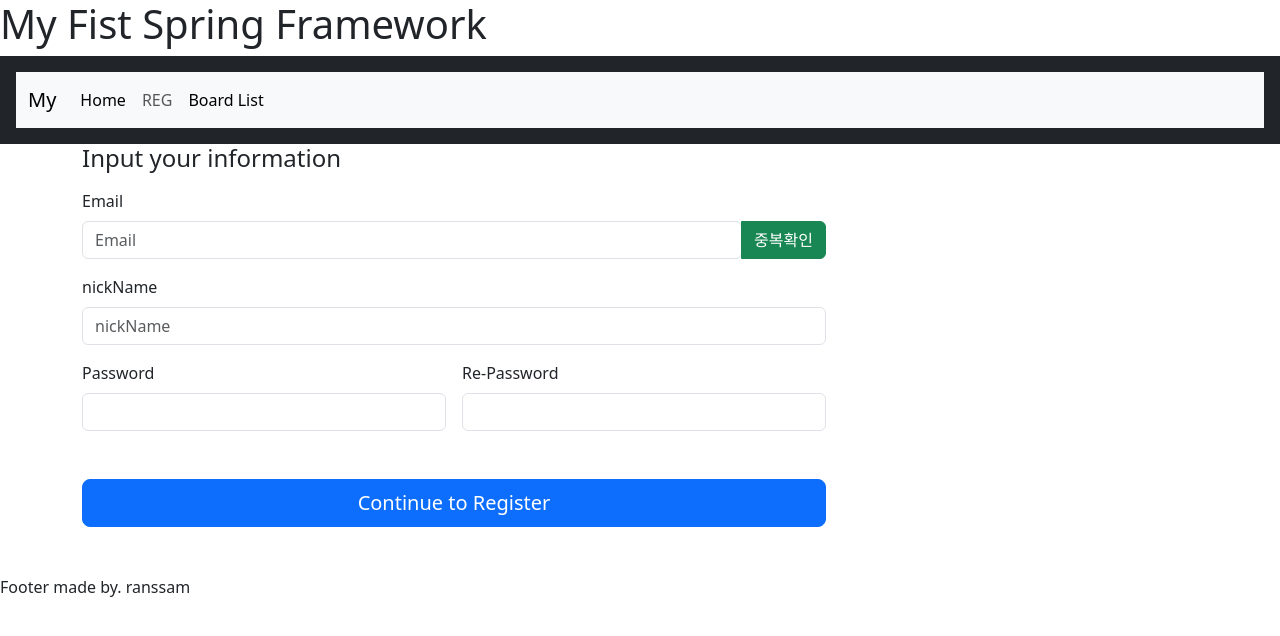
Repository: dhalfks/springSecurityTest
Page: http://localhost/springTest/WEB-INF/views/member/register.jsp
These files come from the project's save history. The page is drawn as it stood at one moment and after the next save; the edit follows.
The browser window is 1280 px wide. The pictures show the whole page.
The page is served by Tomcat 9. Nobody is signed in. Other server files are loaded and not shown. The template is opened directly, without the code that normally fills it, so the values that code supplies are empty.

Above is the page before, as saved 2023-09-30 06:46:45.
Console error: TypeError: Cannot read properties of null (reading 'addEventListener')

### _spring_workspace/springTest/src/main/webapp/WEB-INF/views/member/register.jsp
<%@ page language="java" contentType="text/html; charset=UTF-8"
    pageEncoding="UTF-8"%>
<%@ taglib prefix="c" uri="http://java.sun.com/jsp/jstl/core"%>
<jsp:include page="../common/header.jsp" />
<jsp:include page="../common/nav.jsp" />

<div class="container">
  <main>
	<!-- 회원등록란 시작 -->
      <div class="col-md-7 col-lg-8">
        <h4 class="mb-3">Input your information</h4>
        <form action="/member/register" method="post">
          <div class="row g-3">

            <div class="col-12">
              <label for="email" class="form-label">Email</label>
              <div class="input-group has-validation">
                <input type="email" class="form-control" name="email"
                id="email" placeholder="Email" required>
                <button type="button" class="btn btn-success"
                id="dupleCheck">중복확인</button>
              </div>
            </div>

            <div class="col-12">
              <label for="nickName" class="form-label">nickName</label>
              <input type="text" class="form-control" name="nickName"
               id="nickName" placeholder="nickName">
            </div>

            <div class="col-sm-6">
              <label for="pwd" class="form-label">Password</label>
              <input type="password" class="form-control" name="pwd"
               id="pwd" placeholder="" value="" required>
            </div>

            <div class="col-sm-6">
              <label for="rpwd" class="form-label">Re-Password</label>
              <input type="password" class="form-control"
              id="rpwd" placeholder="" value="" required>
            </div>
           </div>
          <button class="w-100 btn btn-primary btn-lg my-5" type="submit">Continue to Register</button>
        </form>
      </div>
 </main>
</div>
<!-- <script src="/resources/js/member.register.js"></script>
//아이디 중복체크, 비밀번호 확인 포함  -->
<jsp:include page="../common/footer.jsp" />

### _spring_workspace/springTest/src/main/webapp/WEB-INF/views/common/header.jsp
<%@ page language="java" contentType="text/html; charset=UTF-8"
    pageEncoding="UTF-8"%>
    <%@ taglib prefix="c" uri="http://java.sun.com/jsp/jstl/core" %>
<!DOCTYPE html>
<html>
<head>
<meta charset="UTF-8">
<title>Insert title here</title>
<link href="https://cdn.jsdelivr.net/npm/bootstrap@5.3.1/dist/css/bootstrap.min.css" rel="stylesheet" integrity="sha384-4bw+/aepP/YC94hEpVNVgiZdgIC5+VKNBQNGCHeKRQN+PtmoHDEXuppvnDJzQIu9" crossorigin="anonymous">
<script src="https://cdn.jsdelivr.net/npm/bootstrap@5.3.1/dist/js/bootstrap.bundle.min.js" integrity="sha384-HwwvtgBNo3bZJJLYd8oVXjrBZt8cqVSpeBNS5n7C8IVInixGAoxmnlMuBnhbgrkm" crossorigin="anonymous"></script>
</head>
<body>
	<h1>My Fist Spring Framework</h1>

### _spring_workspace/springTest/src/main/webapp/WEB-INF/views/common/nav.jsp
<%@ page language="java" contentType="text/html; charset=UTF-8"
    pageEncoding="UTF-8"%>
<%@ taglib prefix="c" uri="http://java.sun.com/jsp/jstl/core"%>
<%@ taglib prefix="sec" uri="http://www.springframework.org/security/tags" %>
<!-- <header>
<ul>
<a href="/"><li>Home</li></a>
<a href="/board/register"><li>Board REG</li></a>
<li>Board List</li>
<li>Log In</li>
<li>Log Out</li>
<li>Sign Up</li>

</ul>
</header> -->
<header class="p-3 bg-dark text-white">
<nav class="navbar navbar-expand-lg bg-body-tertiary">
  <div class="container-fluid">
    <a class="navbar-brand" href="#">My</a>
    <button class="navbar-toggler" type="button" data-bs-toggle="collapse" data-bs-target="#navbarSupportedContent" aria-controls="navbarSupportedContent" aria-expanded="false" aria-label="Toggle navigation">
      <span class="navbar-toggler-icon"></span>
    </button>
    <div class="collapse navbar-collapse" id="navbarSupportedContent">
      <ul class="navbar-nav me-auto mb-2 mb-lg-0">
        <li class="nav-item">
          <a class="nav-link active" aria-current="page" href="/">Home</a>
        </li>
        <li class="nav-item">
          <a class="nav-link" href="/board/register">REG</a>
        </li>
        <li class="nav-item">
          <a class="nav-link active" href="/board/list" >Board List</a>
        </li>

        <sec:authorize access="isAuthenticated()">
        <sec:authentication property="principal.mvo.email" var="authEmail"/>
        <sec:authentication property="principal.mvo.nickName" var="authNick"/>
        <sec:authentication property="principal.mvo.authList" var="auths"/>
        <c:choose>
        	<c:when test="${auths.stream().anyMatch(authVO -> authVO.auth.equals('ROLE_ADMIN')).get() }">
	        	<li class="nav-item">
	          		<a class="nav-link px-2 text-white" href="/member/list" >${authNick }(${authEmail })</a>
	        	</li>
        	</c:when>
        	<c:otherwise>
        		<li class="nav-item">
	          		<a class="nav-link px-2 text-whitee" href="/member/detail?email=${authEmail }" >${authNick }(${authEmail })</a>
	        	</li>
        	</c:otherwise>
        </c:choose>

        <li class="nav-item">
          <a class="nav-link px-2 text-white" id="logoutLink" href="" >Log Out</a>
        </li>
        <form action="/member/logout" method="post" id="logoutForm">
        	<input type="hidden" name="email" value="${authEmail }">
        </form>

        <li class="nav-item">
          <a class="nav-link active" href="#" >Log In</a>
        </li>
        <li class="nav-item">
          <a class="nav-link active" href="/board/list" >Sign Up</a>
        </li>
        </sec:authorize>
      </ul>

    </div>
  </div>
</nav>
</header>

<script type="text/javascript">
document.getElementById('logoutLink').addEventListener('click', (e) => {
	e.preventDefault();
	document.getElementById('logoutForm').submit();
});
</script>

### _spring_workspace/springTest/src/main/webapp/WEB-INF/views/common/footer.jsp
<%@ page language="java" contentType="text/html; charset=UTF-8"
    pageEncoding="UTF-8"%>

<div>
	<span>Footer made by. ranssam</span>
</div>
</body>
</html>

After the next save:
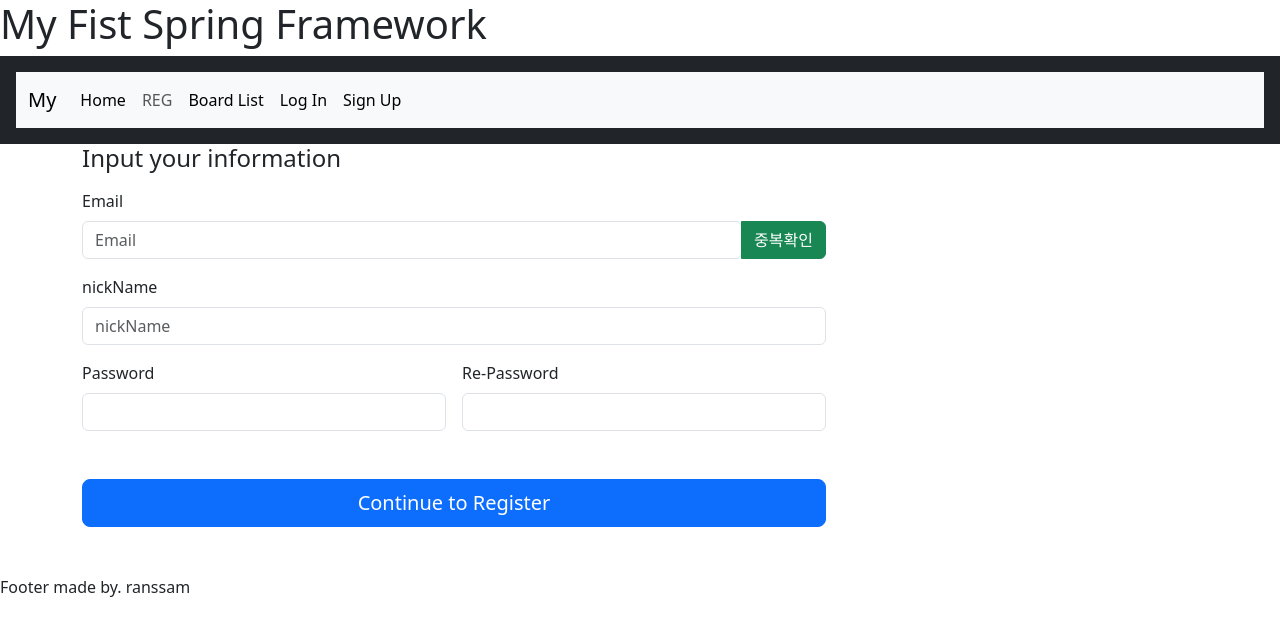
Saved 81 s later.
--- a/_spring_workspace/springTest/src/main/webapp/WEB-INF/views/common/nav.jsp
+++ b/_spring_workspace/springTest/src/main/webapp/WEB-INF/views/common/nav.jsp
@@ -55,16 +55,16 @@
         <form action="/member/logout" method="post" id="logoutForm">
         	<input type="hidden" name="email" value="${authEmail }">
         </form>
-
+        </sec:authorize>
+		<sec:authorize access="isAnonymous()">
         <li class="nav-item">
           <a class="nav-link active" href="#" >Log In</a>
         </li>
         <li class="nav-item">
           <a class="nav-link active" href="/board/list" >Sign Up</a>
         </li>
-        </sec:authorize>
       </ul>
-
+      </sec:authorize>
     </div>
   </div>
 </nav>

After the save that followed:
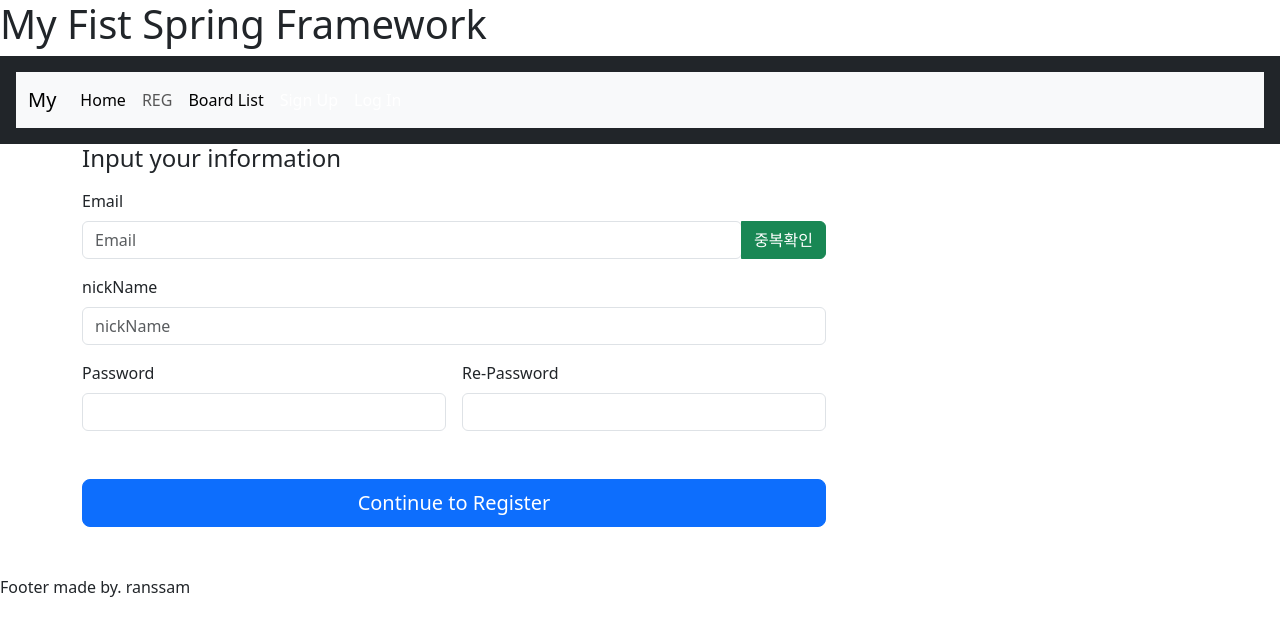
Saved 28 s later.
--- a/_spring_workspace/springTest/src/main/webapp/WEB-INF/views/common/nav.jsp
+++ b/_spring_workspace/springTest/src/main/webapp/WEB-INF/views/common/nav.jsp
@@ -58,10 +58,10 @@
         </sec:authorize>
 		<sec:authorize access="isAnonymous()">
         <li class="nav-item">
-          <a class="nav-link active" href="#" >Log In</a>
+          <a class="nav-link px-2 text-white" href="/board/list" >Sign Up</a>
         </li>
         <li class="nav-item">
-          <a class="nav-link active" href="/board/list" >Sign Up</a>
+          <a class="nav-link px-2 text-white" href="/member/login" >Log In</a>
         </li>
       </ul>
       </sec:authorize>
